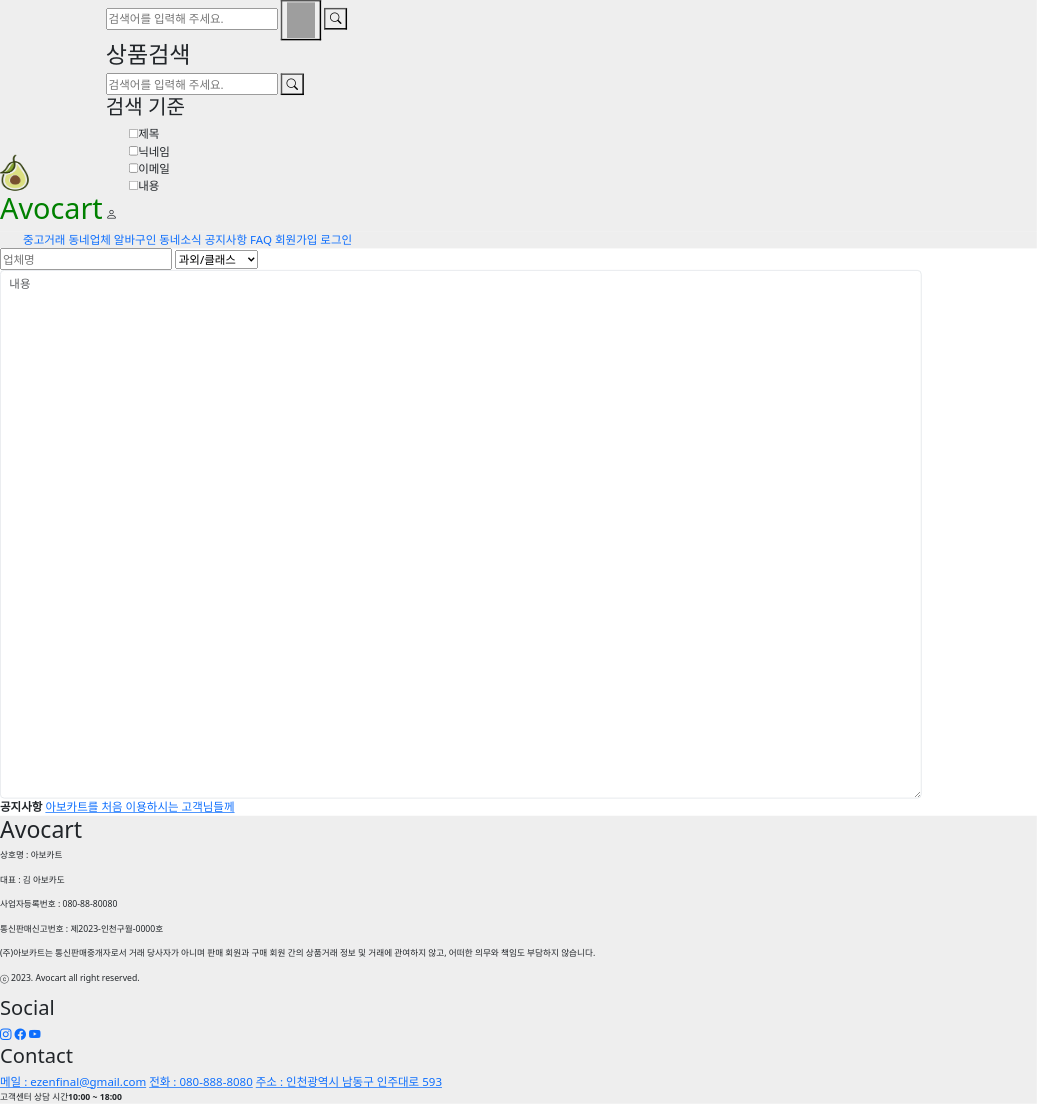
Repository: kimms0311/finalProject
Page: http://localhost/finalProject/WEB-INF/views/store/register.jsp
An editor plug-in stored every save of this project. The page is shown before and after the next save, followed by the edit.
The browser window is 1280 px wide. The page is 1440 px wide, so the pictures cover 1440 px, including what lies to the right of the window. The pictures show the whole page, at 72% of full size.
Pictures or frames that could not be fetched are drawn as grey boxes. The page is served by Tomcat 9. Nobody is signed in. The template is opened directly, without the code that normally fills it, so the values that code supplies are empty.

Above is the page before, as saved 2023-11-15 12:02:39.

After the next save:
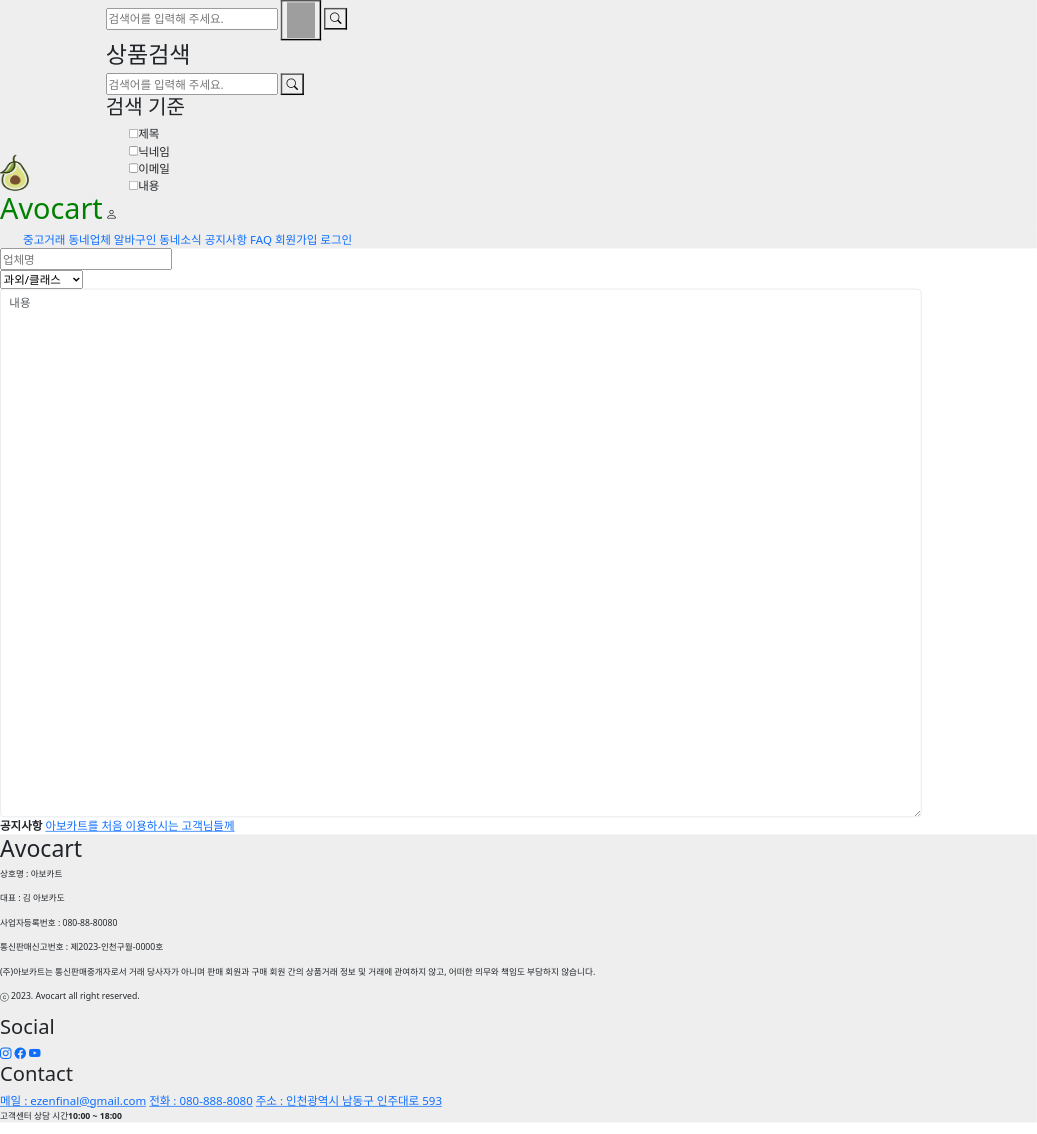
Saved 14 min 10 s later.
--- a/finalProject/src/main/webapp/WEB-INF/views/store/register.jsp
+++ b/finalProject/src/main/webapp/WEB-INF/views/store/register.jsp
@@ -10,7 +10,7 @@
 <body>
 <jsp:include page="../common/header.jsp" />
 <form action="/store/register" method="post" enctype="multipart/form-data">
-<input type="text" name="title" id ="t" placeholder="업체명">
+<input type="text" name="title" id ="t" placeholder="업체명"> <br>
 <input type="hidden" name="proCategory" value="store">
 <select name="menu">
 	<option disabled="disabled">선택</option>

After the 2 saves that followed:
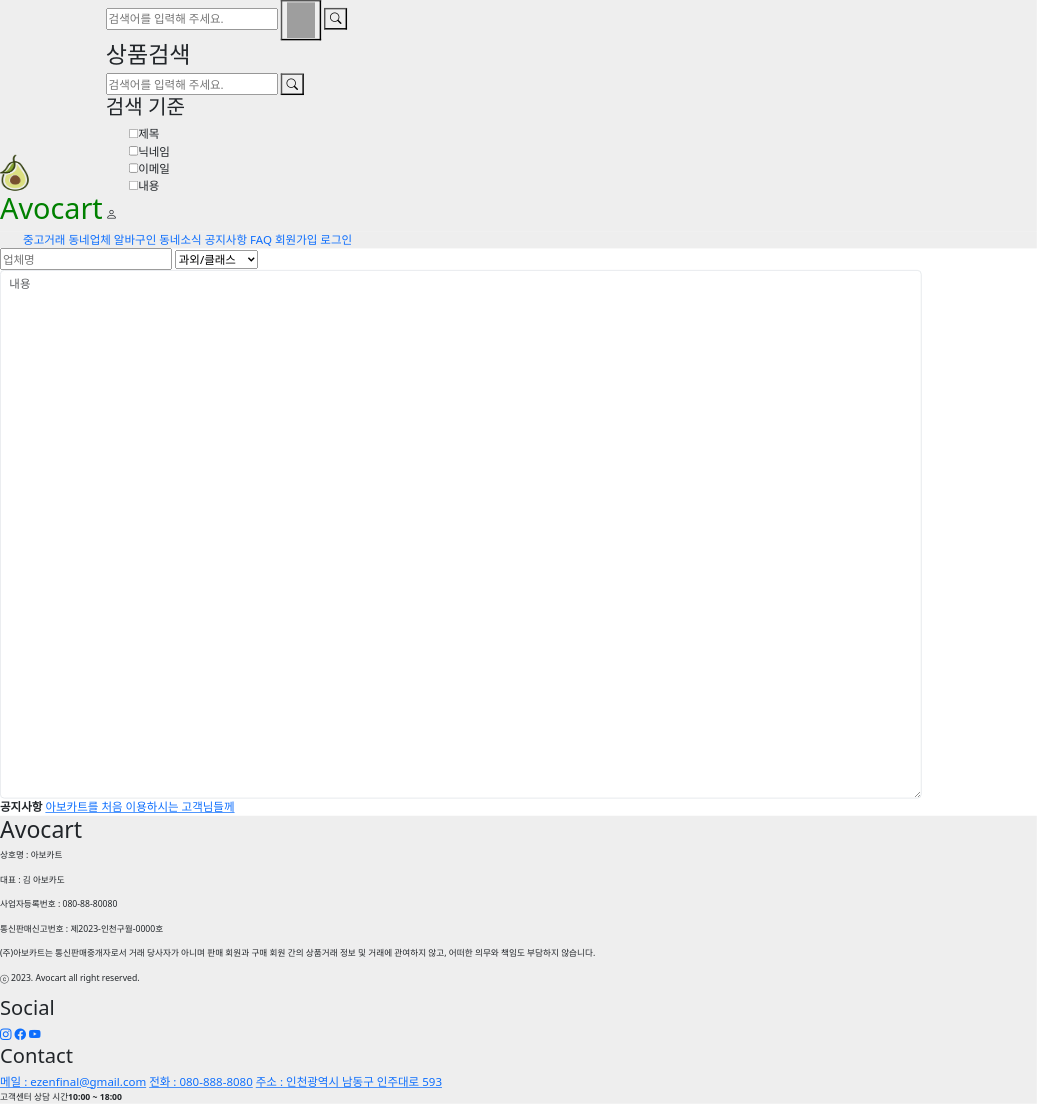
The 2 saves are shown as one change because 1 left the picture as it was.
The last was saved 91 s later.
--- a/finalProject/src/main/webapp/WEB-INF/views/store/register.jsp
+++ b/finalProject/src/main/webapp/WEB-INF/views/store/register.jsp
@@ -10,8 +10,8 @@
 <body>
 <jsp:include page="../common/header.jsp" />
 <form action="/store/register" method="post" enctype="multipart/form-data">
-<input type="text" name="title" id ="t" placeholder="업체명"> <br>
 <input type="hidden" name="proCategory" value="store">
+<input type="text" name="title" id ="t" placeholder="업체명">
 <select name="menu">
 	<option disabled="disabled">선택</option>
 	<option value="lesson">과외/클래스</option>
